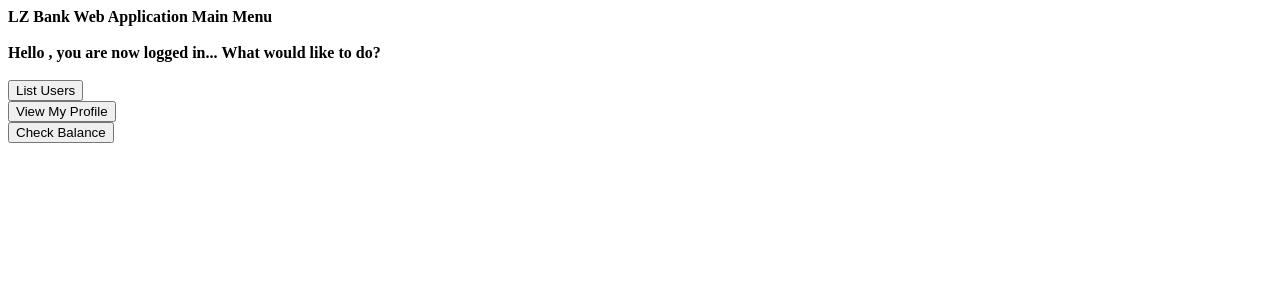
Repository: kingron98/SoftEng-Bank-Web-Application-
Page: http://localhost/SE3_BankWebApp/loginSuccess.jsp
These files come from the project's save history. The page is drawn as it stood at one moment and after the next save; the edit follows.
The browser window is 1280 px wide. The pictures show the whole page.
The page is served by Tomcat 9.

Above is the page before, as saved 2020-12-11 20:07:33.

After the next save:
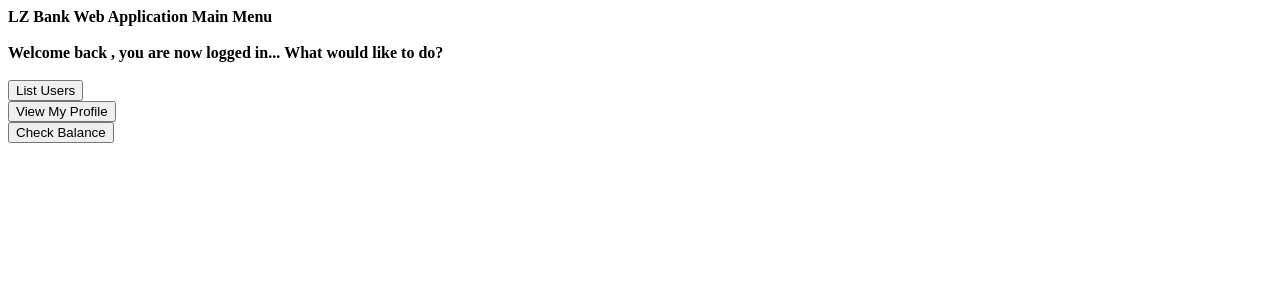
Saved 22 s later.
--- a/SE3 Bank App/Java/Workspace/SE3_BankWebApp/WebContent/loginSuccess.jsp
+++ b/SE3 Bank App/Java/Workspace/SE3_BankWebApp/WebContent/loginSuccess.jsp
@@ -17,7 +17,7 @@
 
 	<c:set var="customer" value="${sessionScope.customer}"/>
 	<c:set var="bankaccount" value="${sessionScope.bankaccount}"/>
-	<b>Hello <c:out value="${customer.customerName}"/>, you are now logged in...</b>
+	<b>Welcome back <c:out value="${customer.customerName}"/>, you are now logged in...</b>
 	<b>What would like to do?</b>
 
 	<br/><br/>
